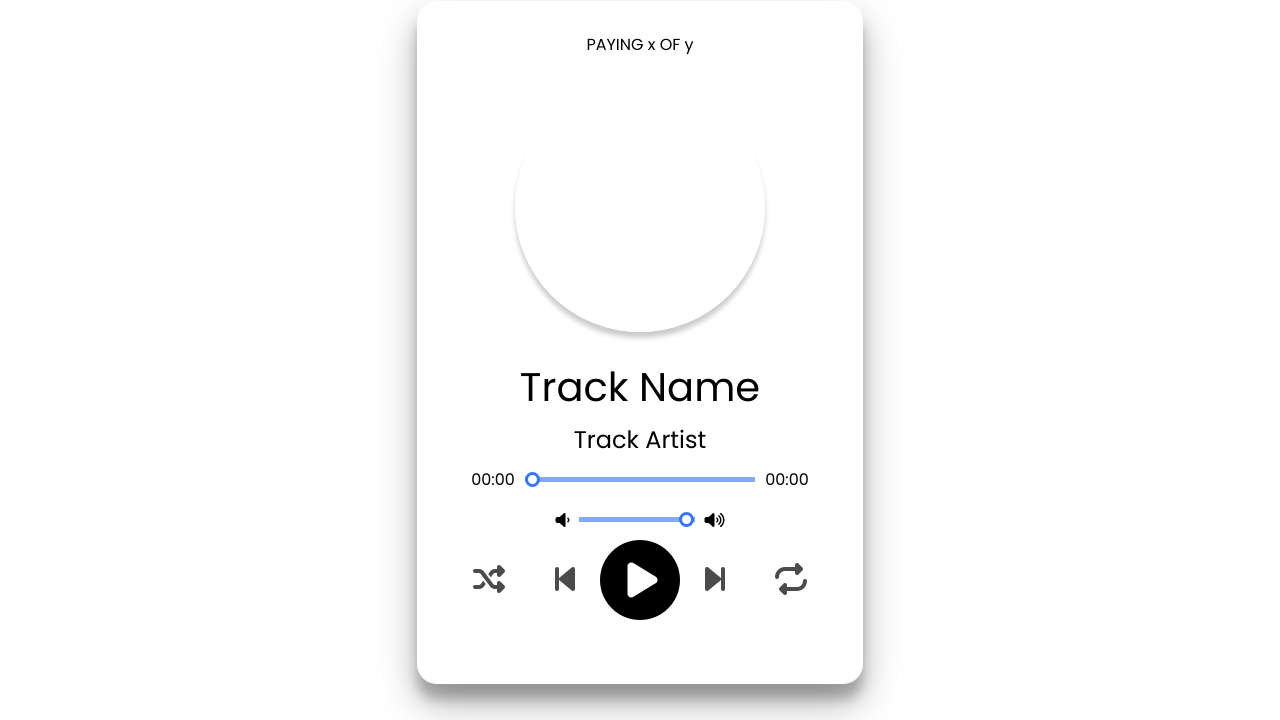
Repository: NguyenVietPhuQuy/Javascript-AudioPlayer
Page: index.html
The author's editor kept a copy of each file at every save. The page is drawn from the files as they stood at one save, then again after the next save.
The browser window is 1280 px wide. The pictures show the whole page.

Above is the page before, as saved 2022-11-09 10:30:40.
Console error: SyntaxError: Invalid left-hand side in assignment

### index.html
<!DOCTYPE html>
<html lang="en">
<head>
    <meta charset="UTF-8">
    <meta http-equiv="X-UA-Compatible" content="IE=edge">
    <meta name="viewport" content="width=device-width, initial-scale=1.0">
    <title>Music Player</title>
    <!--Font-Awesome-->
    <link rel="stylesheet" href="https://cdnjs.cloudflare.com/ajax/libs/font-awesome/6.2.0/css/all.min.css">
    <!--Css-->
    <link rel="stylesheet" href="index.css">
</head>
<body>
    <div class="player">
        <div class="wrapper">
            <div class="details">
                <div class="now-playing">PAYING x OF y</div>
                <div class="track-art"></div>
                <div class="track-name">Track Name</div>
                <div class="track-artist">Track Artist</div>
            </div>

            <div class="slider_container">
                <div class="current-time">00:00</div>
                <input type="range" min="1" max="100" value="0"
                class="seek_slider" onchange="seekTo()">
                <div class="total-duration">00:00</div>
            </div>

            <div class="slider_container">
                <i class="fa fa-volume-down"></i>
                <input type="range" min="1" max="100" value="99"
                class="volume_slider" onchange="setVolume()">
                <i class="fa fa-volume-up"></i>
            </div>

            <div class="buttons">
                <div class="random-track">
                    <i class="fas fa-random fa-2x" title="random"
                    onclick="randomTrack()"></i>
                </div>

                <div class="prev-track">
                    <i class="fas fa-step-backward fa-2x"
                    onclick="prevTrack()"></i>
                </div>

                <div class="playePause-track">
                    <i class="fas fa-play-circle fa-5x"
                    onclick="playPauseTrack()"></i>
                </div>

                <div class="next-track">
                    <i class="fas fa-step-forward fa-2x"
                    onclick="nextTrack()"></i>
                </div>

                <div class="repeat-track">
                    <i class="fas fa-repeat fa-2x" title="repeat"
                    onclick="repeatTrack()"></i>
                </div>
            </div>

            <div id="wave">
                <span class="stroke"></span>
                <span class="stroke"></span>
                <span class="stroke"></span>
                <span class="stroke"></span>
                <span class="stroke"></span>
                <span class="stroke"></span>
                <span class="stroke"></span>
            </div>
        </div>
    </div>
    <!--Main-->
    <script src="index.js"></script>
</body>
</html>

### index.css
/*Font Google and base*/
@import url('https://fonts.googleapis.com/css2?family=Poppins&display=swap');
*{
    font-family: 'Poppins',sans-serif;
    box-sizing: border-box;
    margin: 0;
}
img{
    width: 100%;
}
/*Main*/
.player{
    height: 95vh;
    display: flex;
    align-items: center;
    flex-direction: column;
    justify-content: center;
}
.wrapper{
    border: 1px solid transparent;
    padding: 30px;
    border-radius: 20px;
    box-shadow: rgba(0, 0, 0, 0.3) 0 19px 38px, rgba(0, 0, 0, 0.22) 0 15px 12px
}
.details{
    display: flex;
    align-items: center;
    flex-direction: column;
    justify-content: center;
}
.track-art{
    margin: 25px;
    height: 250px;
    width: 250px;
    border: 2px solid #fff;
    background-size: cover;
    background-position: center;
    box-shadow: 0px 6px 5px #ccc;
    border-radius: 190px;
}
.now-playing {
    font-size: 1rem;
}
.track-name{
    font-size: 2.5rem;
}
.track-artist{
    margin-top: 5px;
    font-size: 1.5rem;
}
.buttons{
    display: flex;
    flex-direction: row;
    align-items: center;
    margin-bottom: 30px;
}
.active{
    color: black;
}
.repeat-track
,.random-track
,.playPause-track
,.prev-track
,.next-track{
    padding: 25px;
    opacity: 0.7;
    transition: opacity .2s;
}
.repeat-track:hover
,.random-track:hover
,.playPause-track:hover
,.prev-track:hover
,.next-track:hover{
    opacity: 1;
}
.slider_container{
    display: flex;
    justify-content: center;
    align-items: center;

}
.seek_slider,
.volume_slider{
    appearance: none;
    height: 5px;
    background-color: #83a9ff;
    transition: opacity .2s;
}
.seek_slider::-webkit-slider-thumb,
.volume_slider::-webkit-slider-thumb{
    appearance: none;
    width: 15px;
    height: 15px;
    background: white;
    border: 3px solid #3774ff;
    cursor: pointer;
    border-radius: 100%;
}
.seek_slider:hover,
.volume_slider:hover{
    opacity: 1;
}
.seek_slider{
    width: 60%;
}
.volume_slider{
    width: 30%;
}
.current-time,
.total-duration{
    padding: 10px;
}
i.fa-volume-down,
i.fa-volume-up{
    padding:10px ;
}
i,
i.fa-play-circle,
i.fa-pause-circle,
i.fa-step-forward,
i.fa-step-backward{
    cursor: pointer;
}
.randomActive{
    color: black;
}
.rotate{
    animation: rotation 8s infinite linear;
}
@keyframes rotation{
    from{
        transform: rotate(0deg);
    }
    to {
        transform: rotate(359deg);
    }
}
.loader{
    height: 70px;
    display: flex;
    justify-content: center;
    align-items: center;
}
.loader .stroke{
    background: #f1f1f1;
    height: 150%;
    width: 10px;
    border-radius: 50px;
    margin: 0 5px;
    animation: animate 1.4s linear infinite;
}
@keyframes animate{
    50%{
        height: 20%;
        background: #4286f4;
    }
    100%{
        height: 100%;
    }
}
.stroke:nth-child(1){
    animation-delay: 0s;
}
.stroke:nth-child(2){
    animation-delay: 0.3s;
}
.stroke:nth-child(3){
    animation-delay: 0.6s;
}
.stroke:nth-child(4){
    animation-delay: 0.9s;
}
.stroke:nth-child(5){
    animation-delay: 0.6s;
}
.stroke:nth-child(6){
    animation-delay: 0.3s;
}
.stroke:nth-child(7){
    animation-delay: 0s;
}

### index.js
let now_playing = document.querySelector('.now-playing');
let track_art = document.querySelector('.track-art');
let track_name = document.querySelector('.track-name');
let track_artist = document.querySelector('.track-artist');

let playPause_btn = document.querySelector('.playPause-track');
let next_btn = document.querySelector('.next-track');
let prev_btn = document.querySelector('.prev-track');

let seek_slider = document.querySelector('.seek_slider');
let volume_slider = document.querySelector('.volume_slider');
let curr_time = document.querySelector('.current-time');
let total_duration = document.querySelector('.total-duration');
let wave = document.querySelector('#wave');
let randomIcon = document.querySelector('.fa-random');
let curr_track = document.createElement('audio');

let track_index=0;
let isPlaying =false;
let isRandom =false;
let updateTimer;

const music_list = [
    {
        img: '/Images/QuaiVatTiHon.jpg',
        name: 'Vì Đời',
        artist: 'Qúai Vật Tí Hon',
        music: '/Music/QuaiVatTiHon/Vi-Doi-Quai-Vat-Ti-Hon.mp3'
    },
    {
        img: '/Images/Chilles.jpg',
        name: 'Gía Như',
        artist: 'Chilles',
        music: '/Music/Chilles/GiaNhu-Chillies-7016096.mp3'
    }

]
loadTrack(track_index);
function loadTrack(track_index){
    clearInterval(updateTimer);
    reset();

    curr_track.src = music_list[track_index].music;
    curr_track.load();
    track_art.style.backgroundImage ="url("+ music_list[track_index].img+")";
    track_name.textContent = music_list[track_index].name;
    track_artist.textContent = music_list[track_index].artist;
    now_playing.textContent = "playing music" +" " +(track_index+1) +" "+ "of" +" "+ music_list.length;

    updateTimer = setInterval(setUpdate,1000);

    curr_track.addEventListener('ended',nextTrack);
    random_bg_color();
}

function random_bg_color(){
    let hex = ['0','1','2','3','4','5','6','7','8','9','a','b','c','d','e']
    let a;

    function populate(a){
        for(let i=0;i<6;i++){
            let x =math.round(Math.random()*14);
            let y = hex[x];
            a += y;
        }
        return a;
    }
    let Color1 = populate('#');
    let Color2 = populate('#');
    var angle = 'to right';
    let gradient = 'linear-gradient('+angle+','+ Color1+','+ Color2+')';
    document.body.style.background =gradient;
}

function reset(){
    curr_time.textContent = "00:00";
    total_duration.textContent ="00:00";
    seek_slider.value = 0;
}
function randomTrack(){
    isRandom ? pauseRandom ():playRandom();
}

function playRandom(){
    isRandom =true;
    randomIcon.classList.add('randomActive');
}
function pauseRandom(){
    isRandom =false;
    randomIcon.classList.remove('randomActive');
}
function repeatTrack(){
    let current_index = track_index;
    loadTrack(current_index);
    playTrack();
}
function playPauseTrack(){
    isPlaying ? pauseTrack() : playTrack();
}
function playTrack(){
    curr_track.play();
    isPlaying =true;
    track_art.classList.add('rotate');
    wave.classList.add('loader');
    playePause-track.innerHTML = '<i class="fa fa-pause-circle fa-5x"></i>'
}

After the next save:
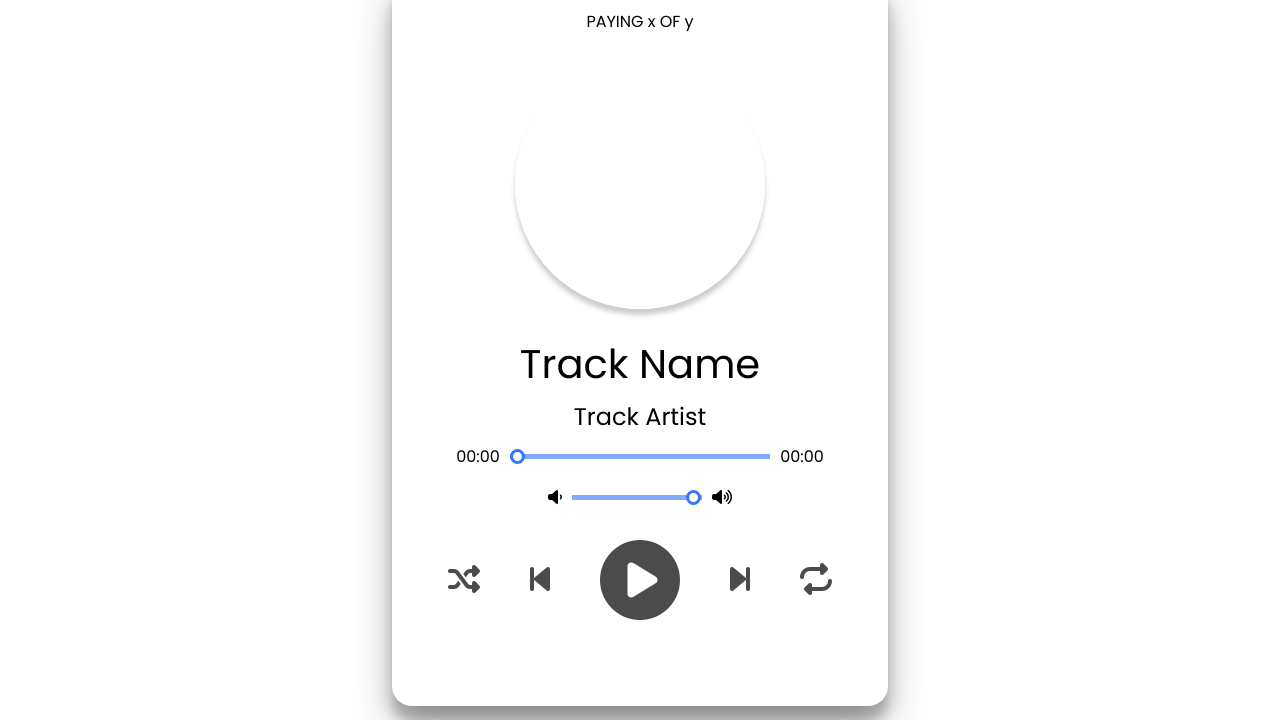
Saved 12 s later.
--- a/index.html
+++ b/index.html
@@ -45,7 +45,7 @@
                     onclick="prevTrack()"></i>
                 </div>
 
-                <div class="playePause-track">
+                <div class="playPause-track">
                     <i class="fas fa-play-circle fa-5x"
                     onclick="playPauseTrack()"></i>
                 </div>
